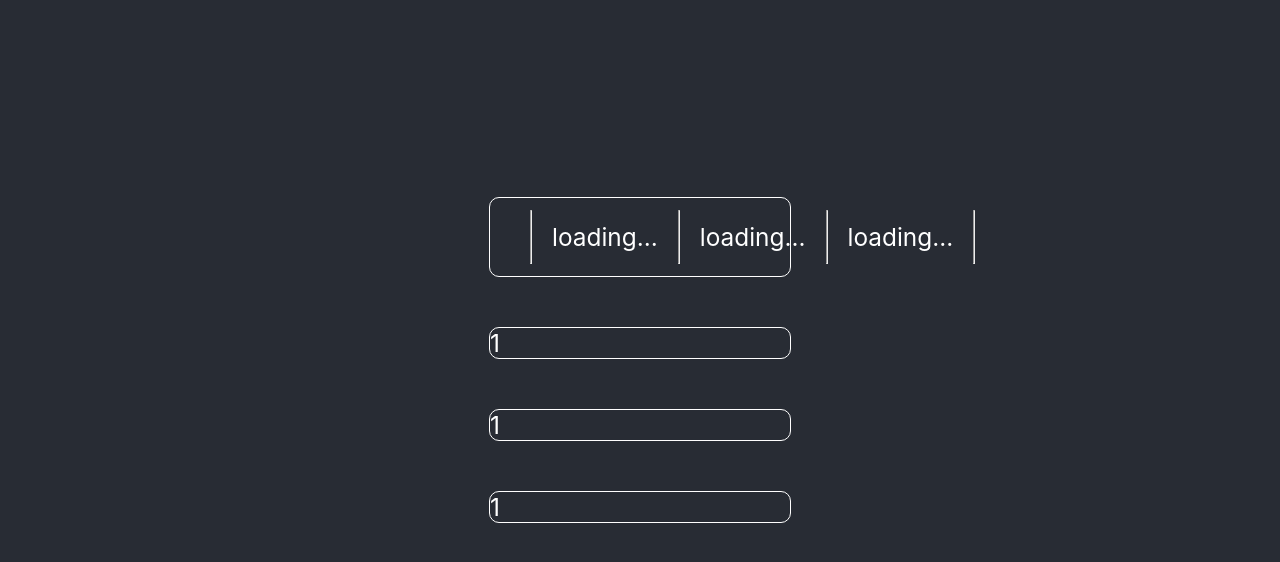
Repository: bandikost/capers
Page: /main
These files come from the project's save history. The page is drawn as it stood at one moment and after the next save; the edit follows.
The browser window is 1280 px wide. The pictures show the whole page.
The page's requests for data from a server got no answer. The project was rebuilt for these pictures with package versions that can differ from the ones it lists, and the page was loaded fresh each time. No one was signed in, and anything a server would have sent is missing.

Above is the page before, as saved 2023-04-10 11:51:41.

### src/App.js
import logo from './logo.svg';
import './App.css';
import { BrowserRouter, Routes, Route } from "react-router-dom";
import Main from './components/Main';


function App() {
  return (
    <div className="App">
      <header className="App-header">
      <BrowserRouter >
        <Routes>
            <Route path='/main' element={<Main />}/>
        </Routes>
      </BrowserRouter>
      </header>
    </div>
  );
}

export default App;

### src/App.css
.App {
  text-align: center;
}

.App-logo {
  height: 40vmin;
  pointer-events: none;
}


.App-header {
  background-color: #282c34;
  min-height: 100vh;
  display: flex;
  flex-direction: column;
  align-items: center;
  justify-content: center;
  font-size: calc(10px + 2vmin);
  color: white;
}

.App-link {
  color: #61dafb;
}


.table {
  height: auto;
  margin: 0 auto 0;
}

.cell {
  border: 1px solid white;
  border-radius: 10px;
  width: 300px;
  margin: 50px 0px;
  display: flex;
  justify-content: space-between;
}

.cell p {
  padding: 0 20px;
}

### src/components/Main.jsx
import React, { useState, useEffect } from 'react';
import firebase from '../firebase';

export const Main = () => {
  const [name, setName] = useState({});
  const [balance, setBalance] = useState({});
  const [lastBalance, setLastBalance] = useState(null);

  useEffect(() => {
    const nameRef = firebase.database().ref('name');
    nameRef.on('value', (snapshot) => {
      const data = snapshot.val();
      setName(data);
    });

    const balanceRef = firebase.database().ref('balance');
    balanceRef.on('value', (snapshot) => {
      const data = snapshot.val();
      setBalance(data);
      if (data && data.user1 !== undefined) {
        setLastBalance(data.user1);
      }
    });
  }, []);

  const handleChange = (event) => {
    const newValue = Number(event.target.value);
    const balanceRef = firebase.database().ref("balance/user1");
    balanceRef.transaction((currentBalance) => {
      const lastBalanceRef = firebase.database().ref("lastBalance");
      lastBalanceRef.once("value", (snapshot) => {
        const lastBalance = snapshot.val();
        const diff = newValue - (currentBalance || 0);
        lastBalanceRef.set(diff);
        return newValue;
      });
    });
  };


  return (
    <div className='table'>
      <div className='cell'>
        <p>{name.user1}</p>
        <hr />
        <p>
          {balance.user1 !== undefined ? balance.user1 : 'loading...'}
        </p>
        <hr />
        <p>{lastBalance !== null ? lastBalance : 'loading...'}</p>
        <hr />
        <p>{lastBalance !== null ? lastBalance - balance.user1 : 'loading...'}</p>
        <hr />

      </div>
      <div className='cell'>1</div>
      <div className='cell'>1</div>
      <div className='cell'>1</div>
    </div>
  );
};

export default Main;

### src/firebase.js

import "firebase/database";
import firebase from "firebase/compat/app";
import "firebase/compat/database";
import { getAuth } from "firebase/auth";
import { getFirestore } from "firebase/firestore";
import { getStorage, ref } from "firebase/storage";


const firebaseConfig = {
    apiKey: "AIzaSyBp1x8lQCSbuPwbK_sXJ7eGkGpN9c7ONY8",
    authDomain: "capers-a3171.firebaseapp.com",
    databaseURL: "https://capers-a3171-default-rtdb.europe-west1.firebasedatabase.app",
    projectId: "capers-a3171",
    storageBucket: "capers-a3171.appspot.com",
    messagingSenderId: "794243042023",
    appId: "1:794243042023:web:668504b8bdcbe9b7c63042",
    measurementId: "G-7YW48MQCSP"
  };

firebase.initializeApp(firebaseConfig);

export const auth = getAuth();
export const storage = getStorage()
export const db = getFirestore();
export default firebase;

Loaded but not shown: public/index.html (common file); src/index.js (common file); src/index.css (common file); src/reportWebVitals.js (common file)

After the next save:
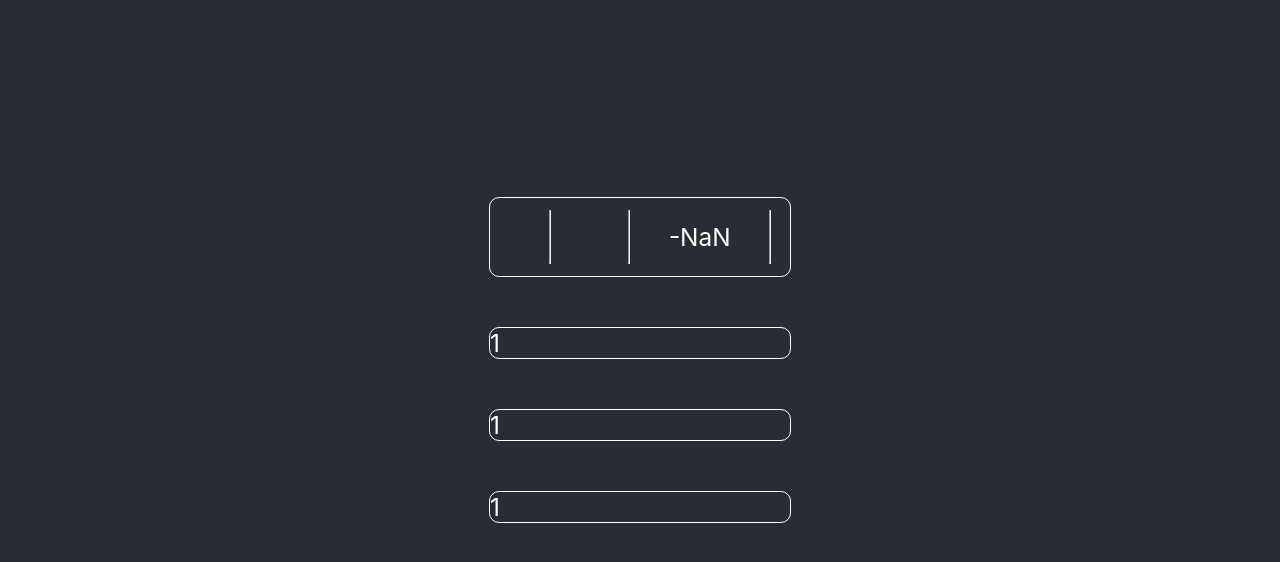
Saved 10 s later.
--- a/src/components/Main.jsx
+++ b/src/components/Main.jsx
@@ -43,13 +43,10 @@ export const Main = () => {
       <div className='cell'>
         <p>{name.user1}</p>
         <hr />
-        <p>
-          {balance.user1 !== undefined ? balance.user1 : 'loading...'}
-        </p>
-        <hr />
-        <p>{lastBalance !== null ? lastBalance : 'loading...'}</p>
-        <hr />
-        <p>{lastBalance !== null ? lastBalance - balance.user1 : 'loading...'}</p>
+        <p>{balance.user1}</p>
+<hr />
+<p>{balance.lastBalance >= 0 ? '+' : '-'}{Math.abs(balance.lastBalance)}</p>
+
         <hr />
 
       </div>
